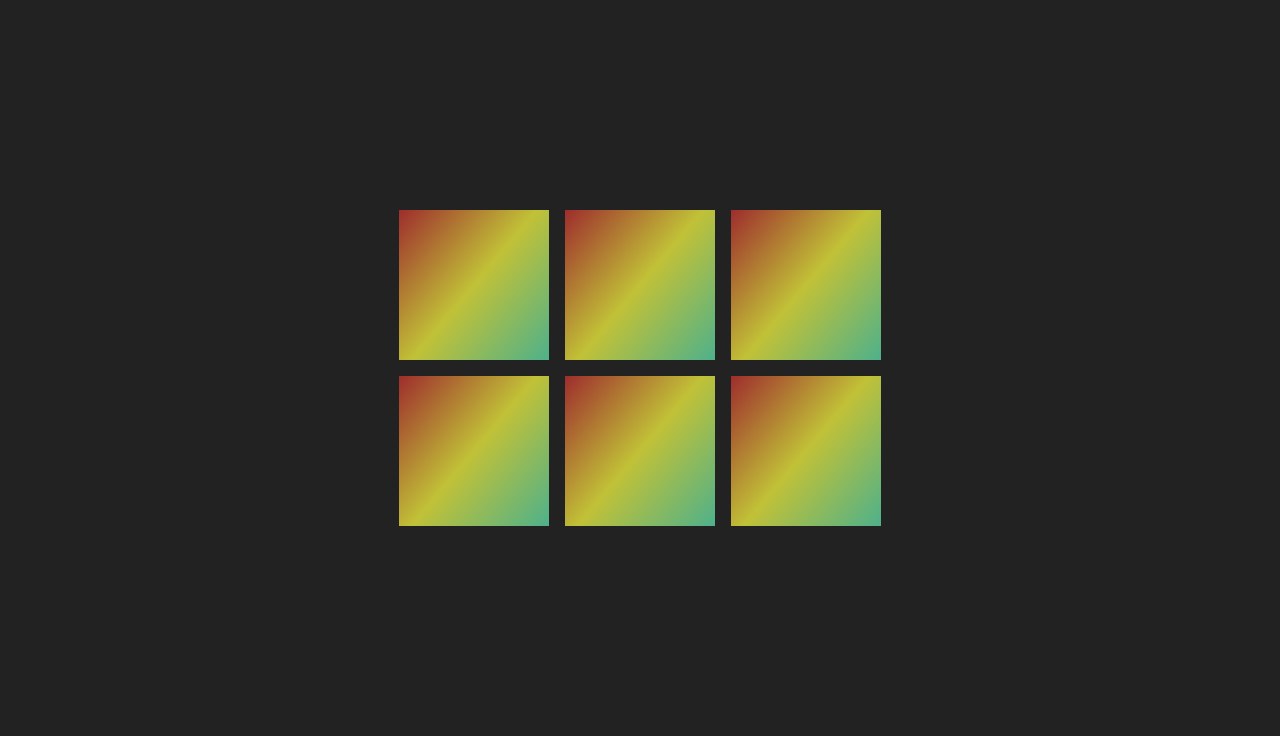
Repository: mariocapitbrok/css-grid
Page: index.html
An editor plug-in stored every save of this project. The page is shown before and after the next save, followed by the edit.
The browser window is 1280 px wide. The pictures show the whole page.

Above is the page before, as saved 2022-12-29 13:15:49.

### index.html
<!DOCTYPE html>
<html lang="en">
<head>
  <meta charset="UTF-8">
  <meta http-equiv="X-UA-Compatible" content="IE=edge">
  <meta name="viewport" content="width=device-width, initial-scale=1.0">
  <link rel="stylesheet" href="styles.css">
  <title>Grid and Flexbox</title>
</head>
<body>
  <div class="container">
    <div class="item item1"></div>
    <div class="item item2"></div>
    <div class="item item3"></div>
    <div class="item item4"></div>
    <div class="item item5"></div>
    <div class="item item6"></div>
  </div>
</body>
</html>

### styles.css
body {
  background-color: #222222;
  height: 100vh;
  display: flex;
  justify-content: center;
  align-items: center;
}

.container {
  display: grid;
  grid-template-columns: 150px 150px 150px;
  grid-template-rows: 150px 150px;
  grid-gap: 1rem;
}

.item {
  background-color: #1EAAFC;
  background-image: linear-gradient(130deg, #9e2d2d 0%, #c1c137 50%, #4eb18b);
}

After the next save:
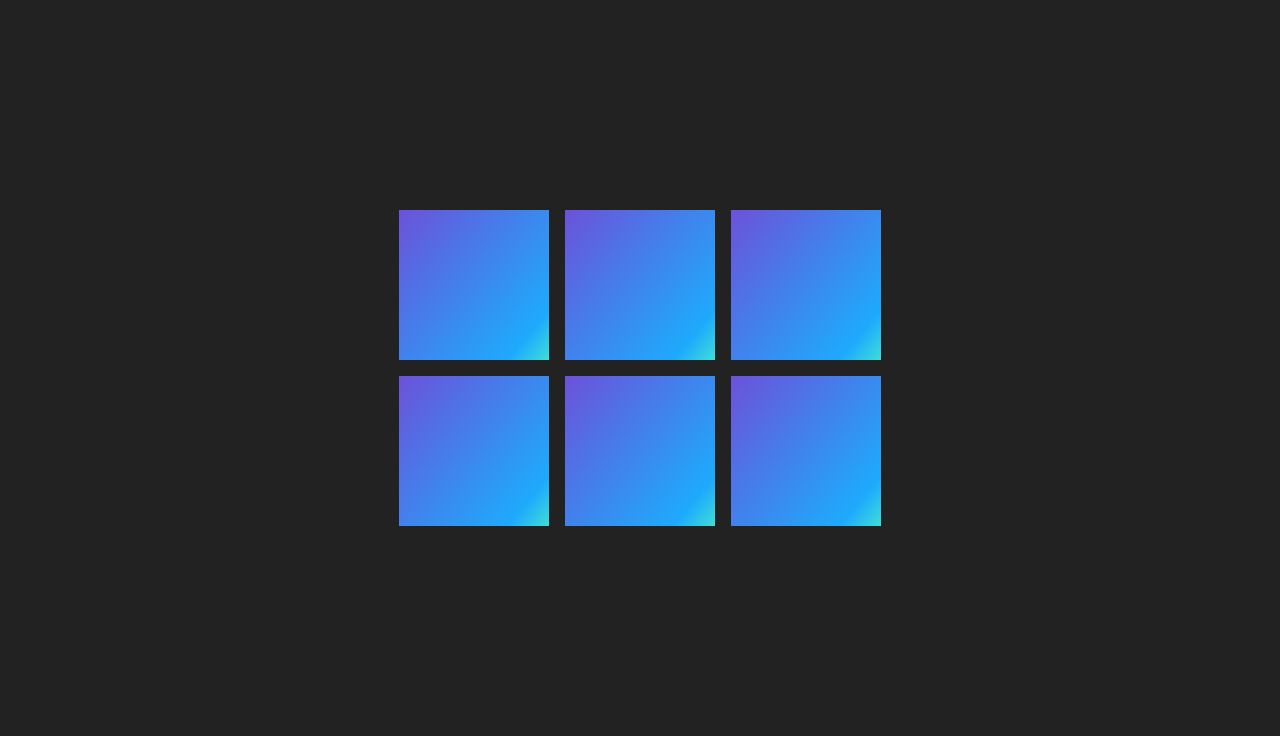
Saved 22 s later.
--- a/styles.css
+++ b/styles.css
@@ -15,5 +15,5 @@
 
 .item {
   background-color: #1EAAFC;
-  background-image: linear-gradient(130deg, #9e2d2d 0%, #c1c137 50%, #4eb18b);
+  background-image: linear-gradient(130deg, #6C52D9 0%, #1EAAFC 85%, #3EDFD7 100%);
 }
